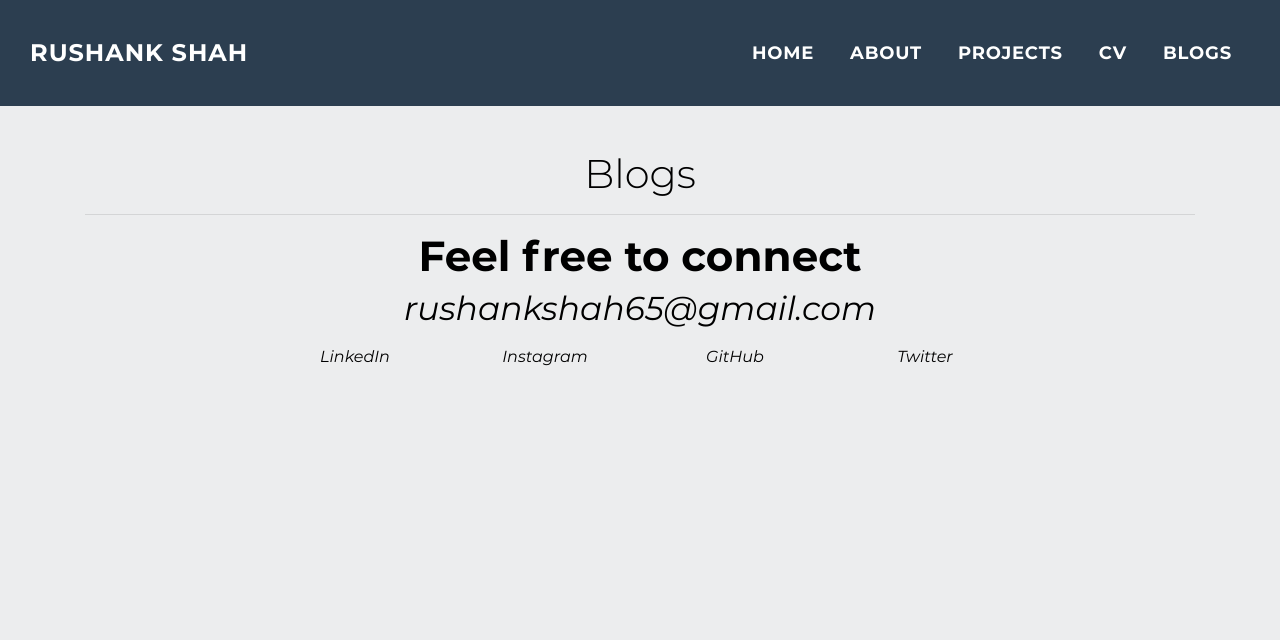
Repository: rushankshah/rushank-shah
Page: /blogs
An editor plug-in stored every save of this project. The page is shown before and after a run of saves, followed by the edit.
The browser window is 1280 px wide. The pictures show the whole page.
The project was rebuilt for these pictures with package versions that can differ from the ones it lists, and the page was loaded fresh each time. The framework's server and built-in components were replaced by stand-ins that run in the browser. Also part of the build but not shown: next.config.js.

Above is the page before, as saved 2020-12-03 02:24:03.

After the next 2 saves:
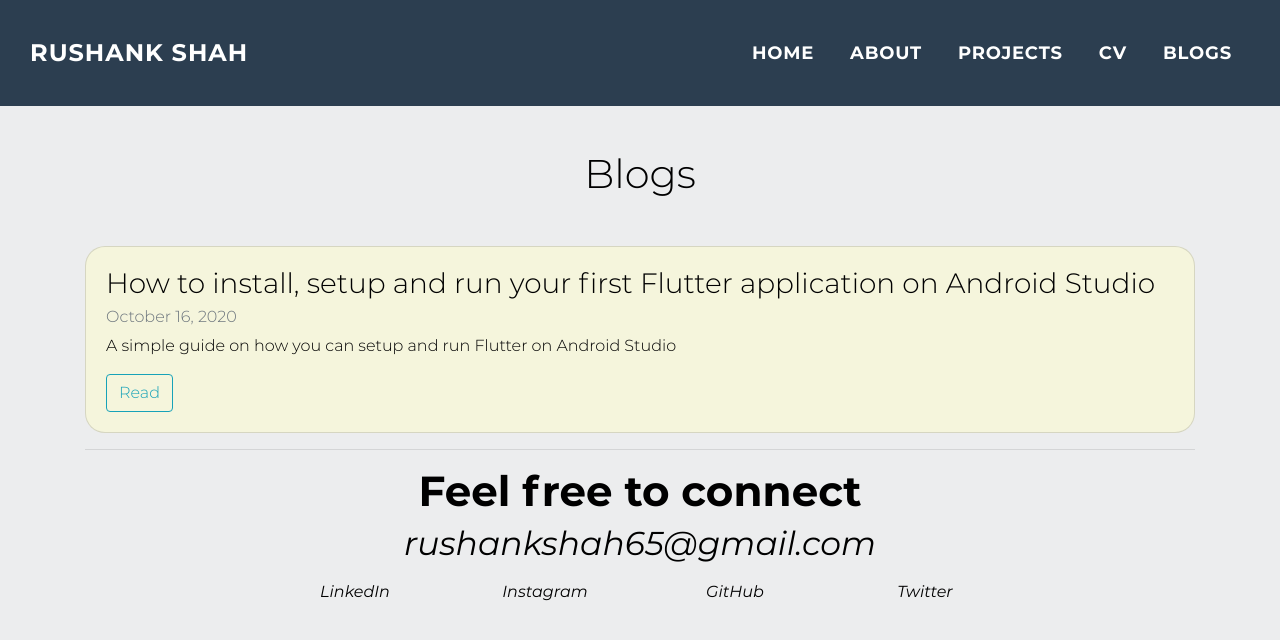
The 2 saves are shown as one change because 1 did not build or start.
The last was saved 5 min 1 s later.
--- a/pages/blogs.js
+++ b/pages/blogs.js
@@ -1,5 +1,6 @@
 import BaseLayout from '../components/layouts/BaseLayout'
 import BasePage from '../components/BasePage'
+import { Card, CardBody, CardSubtitle, CardText, CardTitle, Col, Row } from 'reactstrap'
 
 
 const blogs = () => {
@@ -7,6 +8,22 @@
         <BaseLayout>
             <BasePage className='about-page'>
                 <h1 style={{ textAlign: 'center', color: 'black' }}>Blogs</h1>
+                <Row className='mt-5'>
+                    <Col md='12'>
+                        <Card className='intro' style={{ borderRadius: '20px', backgroundColor: 'beige' }}>
+                            <CardBody>
+                                <CardTitle tag='h3'>
+                                    How to install, setup and run your first Flutter application on Android Studio
+                                </CardTitle>
+                                <CardSubtitle tag="h6" className="mb-2 text-muted">October 16, 2020</CardSubtitle>
+                                <CardText>
+                                    A simple guide on how you can setup and run Flutter on Android Studio
+                                </CardText>
+                                <a className='btn btn-outline-info' target='_blank' href='https://rushankshah65.medium.com/how-to-install-setup-and-run-your-first-flutter-application-on-android-studio-8ad1949373bc'>Read</a>
+                            </CardBody>
+                        </Card>
+                    </Col>
+                </Row>
                 <hr></hr>
             </BasePage>
         </BaseLayout>
